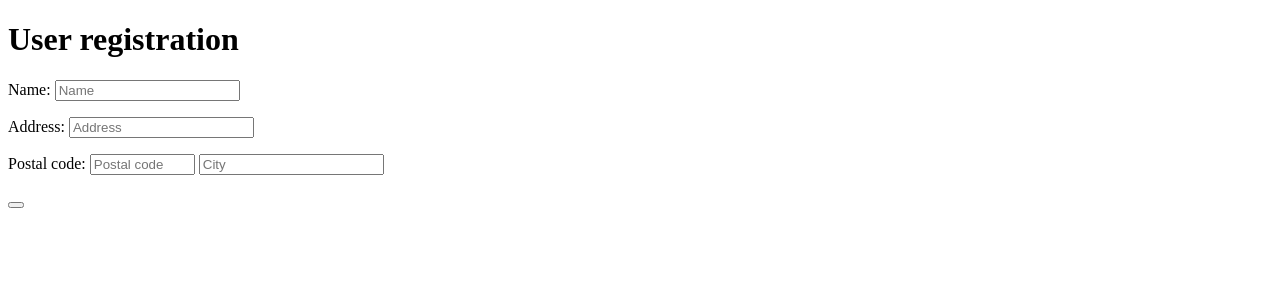
Repository: Filip-Husic/AW_frontend
Page: ex3Forms.html
The author's editor kept a copy of each file at every save. The page is drawn from the files as they stood at one save, then again after a run of saves.
The browser window is 1280 px wide. The pictures show the whole page.

Above is the page before, as saved 2022-11-23 11:31:53.

### ex3Forms.html
<!DOCTYPE html>
<html lang="en">
<head>
    <meta charset="UTF-8">
    <meta http-equiv="X-UA-Compatible" content="IE=edge">
    <meta name="viewport" content="width=device-width, initial-scale=1.0">
    <title>HTML - Forms</title>
</head>
<body>
    <h1>User registration</h1>
    <form action="process.php">
        <p>
            <label for="name">Name:</label>
            <input type="text" id="name" name="name" maxlength="80" placeholder="Name" required>
        </p>
        <p>
            <label for="address">Address:</label>
            <input type="text" id="address" name="address" maxlength="80" placeholder="Address" required>
        </p>
        <p>
            <label for="pc">Postal code:</label>
            <input type="text" id="pc" name="pc" size="10" maxlength="10" placeholder="Postal code" required>
            <input type="text" id="pc_city" name="pc_city" size="20" maxlength="20" placeholder="City" required>
        </p>
        <button type=""></button>

    </form>
</body>
</html>

After the next 2 saves:
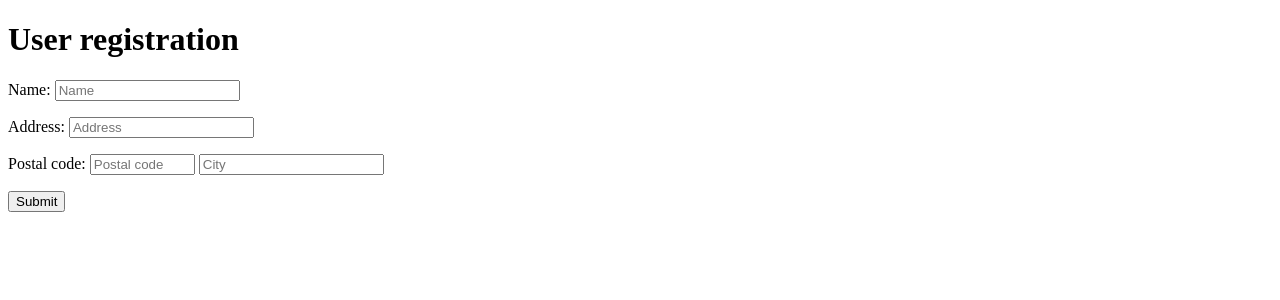
The 2 saves are shown as one change because they came seconds apart.
The last was saved 9 s later.
--- a/ex3Forms.html
+++ b/ex3Forms.html
@@ -22,7 +22,7 @@
             <input type="text" id="pc" name="pc" size="10" maxlength="10" placeholder="Postal code" required>
             <input type="text" id="pc_city" name="pc_city" size="20" maxlength="20" placeholder="City" required>
         </p>
-        <button type=""></button>
+        <button type="submit">Submit</button>
 
     </form>
 </body>
